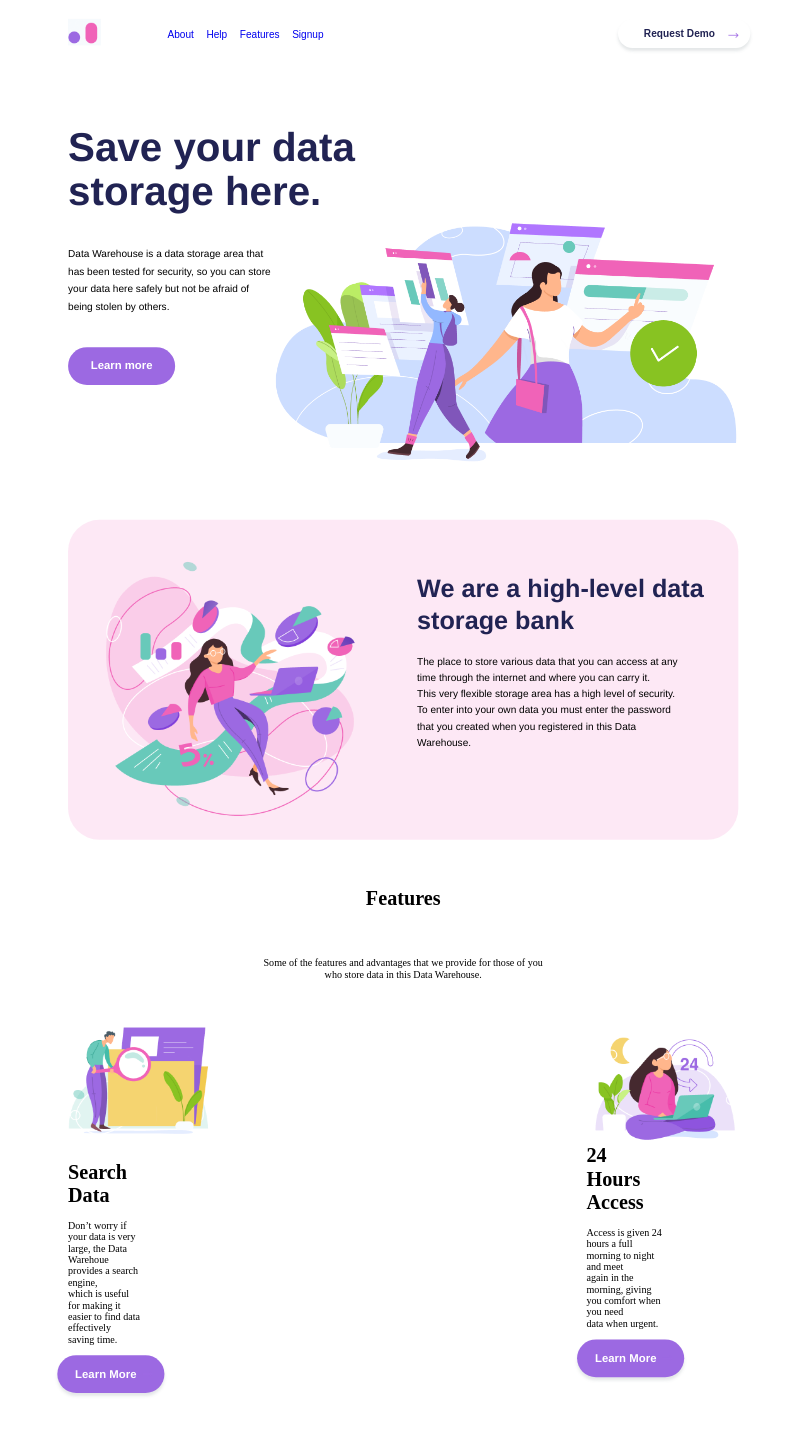
Repository: batonAnton/HW6_flexbox
Page: index.html
These files come from the project's save history. The page is drawn as it stood at one moment and after the next save; the edit follows.
The browser window is 1280 px wide. The pictures show the whole page, at 63% of full size.
Some web fonts or font styles are not loaded; a fallback is used.

Above is the page before, as saved 2022-06-18 12:49:59.

### index.html
<!DOCTYPE html>
<html lang="en">
<head>
    <meta charset="UTF-8">
    <meta http-equiv="X-UA-Compatible" content="IE=edge">
    <meta name="viewport" content="width=device-width, initial-scale=1.0">
    <link href="http://fonts.cdnfonts.com/css/helvetica-neue-9" rel="stylesheet">
    <link rel="stylesheet" href="./fonts/Helvetica-Bold.ttf">
    <link rel="stylesheet" href="./fonts/AvenirLTStd-Black.otf">
    <link rel="stylesheet" href="./css/style.css">
    <title>FlexBox</title>
</head>
<body>
    <header>
        <div class="logo">
            <img src="./images/logo.png" alt="logo">
        </div>

        <nav>
            <ul>
                <li>
                    <a href="#">about</a>
                </li>
                <li>
                    <a href="#">help</a>
                </li>
                <li>
                    <a href="#">features</a>
                </li>
                <li>
                    <a href="#">signup</a>
                </li>
            </ul>
        </nav>

        <div class="header-btn">
            <div>
                <button>request demo</button>
            </div>
            <div class="btn-img">
                <img src="./images/right-arrow.png" alt="arrow-right" >
            </div>
        </div>
    </header>

    <div class="section allstyles">
        <div class="info">
            <h1>Save your data <br> storage here.</h1>
            <p>Data Warehouse is a data storage area that <br>has been
                tested for security, so you can store <br> your data here
                safely but not be afraid of <br> being stolen by others.</p>
            <button>Learn more</button>
        </div>

        <div class="section-img">
            <img src="./images/headerImg.png" alt="">
        </div>
    </div>

    <div class="section2 allstyles">
        <div class="sectin2-img">
            <img src="./images/assideimg.png" alt="assideimg">
        </div>

        <div class="section2-info">
            <h1>We are a high-level data <br> storage bank</h1>
            <p>
                The place to store various data that you can access at any <br> time through the internet  and where you can carry it. <br>
                This very flexible storage area has a high level of security. <br> To enter into your own data you must enter the password <br> that you created when you registered in this Data <br> Warehouse.
            </p>
        </div>
    </div>

    <div class="section3 allstyles">
        <h1 class="section3-header"> Features</h1>
        <p class="section3-header">Some of the features and advantages that we provide for those of you <br> who store data in this Data Warehouse.</p>

        <div class="row1">
            <div class="block">
                <img src="./images/section3/image1 1.png" alt="img">
                <div class="info">
                    <h1>Search Data</h1>
                <p>
                    Don’t worry if your data is very <br> large, the Data Warehoue <br> provides a search engine, <br> which is useful for making it <br> easier to find data effectively <br> saving time.
                </p>

                <div class="header-btn">
                    <div>
                        <button>Learn More</button>
                    </div>
                    <div class="btn-img">
                        <img src="./images/right-arrow.png" alt="arrow-right" >
                    </div>
                </div>
                </div>

            </div>


            <div class="block">
                <img src="./images/section3/image2.png" alt="img">
                <div class="info">
                    <h1>24 Hours Access</h1>
                <p>
                    Access is given 24 hours a full <br> morning to night and
                    meet <br> again in the morning, giving <br> you comfort when
                    you need <br> data when urgent.
                </p>

                <div class="header-btn">
                    <div>
                        <button>Learn More</button>
                    </div>
                    <div class="btn-img">
                        <img src="./images/right-arrow.png" alt="arrow-right" >
                    </div>
                </div>
                </div>

            </div>
        </div>
    </div>
</body>
</html>

### css/style.css
body {
  box-sizing: border-box;
  font-family: "Avenir";
}

.allstyles{
    margin: 70px 100px;
}

header {
  display: flex;
  margin: 30px 100px;
  justify-content: space-between;
  /* border: 1px solid gray; */
 font-family: Arial, Helvetica, sans-serif;
  font-size: 16px;
}


nav {
  margin-right: 40%;
}

nav ul {
  display: flex;
  list-style: none;
  color: #4b5d68;
}

nav ul li a {
  text-decoration: none;
  padding-left: 20px;
  text-transform: capitalize;
}

.header-btn {
  display: flex;
  justify-content: center;
}


.header-btn button {
  padding: 15px 30px 15px 15px;
  text-transform: capitalize;
  border: none;
  border-radius: 50px;
  background: #ffffff;
  box-shadow: 0px 5px 5px rgb(75 93 104 / 15%);
  width: 210px;
  color: #212353;
  font-size: 16px;
  font-weight: 800;
  line-height: 100%;
  letter-spacing: 0.005em;
}

.btn-img {
  margin-left: -35px;
  padding-left: -15px;
  align-self: center;
}

button img {
  padding-top: 5px;
  margin-left: 5px;
}

button:hover {
  border: 1px solid rgba(156, 105, 226, 1);
  text-decoration: underline;
}

.section {
  display: flex;
  position: relative;
  height: 600px;
  overflow: hidden;
}


.info {
  width: 50%;
}

.section h1 {
  font-style: normal;
  font-weight: 700;
  font-size: 4rem;
  line-height: 110%;
  font-family: "Helvetica Neue", sans-serif;
  color:#212353;
  font-weight: 700;
}



.section p {
  font-family: 'Avenir', Helvetica, sans-serif;
  font-style: normal;
  font-weight: 500;
  font-size: 16px;
  line-height: 28px;
  margin-top: 50px;
  margin-bottom: 50px;
}

.section-img {
  position: absolute;
  bottom: 1%;
  right: -13%;
}
.section-img img {
  width: 84%;
}

.info button{
    font-family: 'Avenir', Helvetica, sans-serif;
    font-style: normal;
    font-weight: 700;
    font-size: 18px;
    line-height: 160%;
    background-color: #9C69E2;
    border-radius: 50px;
    color: #ffffff;
    width: 170px;
    height: 60px;
    border: none;
    cursor: pointer;
}


.section2{
    display: flex;
    justify-content: space-between;
    background: rgba(240, 99, 184, 0.15);
    border-radius: 50px;
    font-family: 'Avenir', Helvetica, sans-serif;
}

.section2 h1{
    font-style: normal;
    font-weight: 700;
    font-size: 40px;
    line-height: 130%;
    color: #212353;
}

.section2 p{
    font-family: 'Avenir', Helvetica, sans-serif;
font-style: normal;
font-weight: 400;
font-size: 16px;
line-height: 160%;
}

.section2-info{
    padding:55px;
}


.section3-header{
    text-align: center;
    margin: 75px;
}

.row1{
    display: flex;
    justify-content: space-between;
}

.row1 .block img{
    float: left;
}

After the next save:
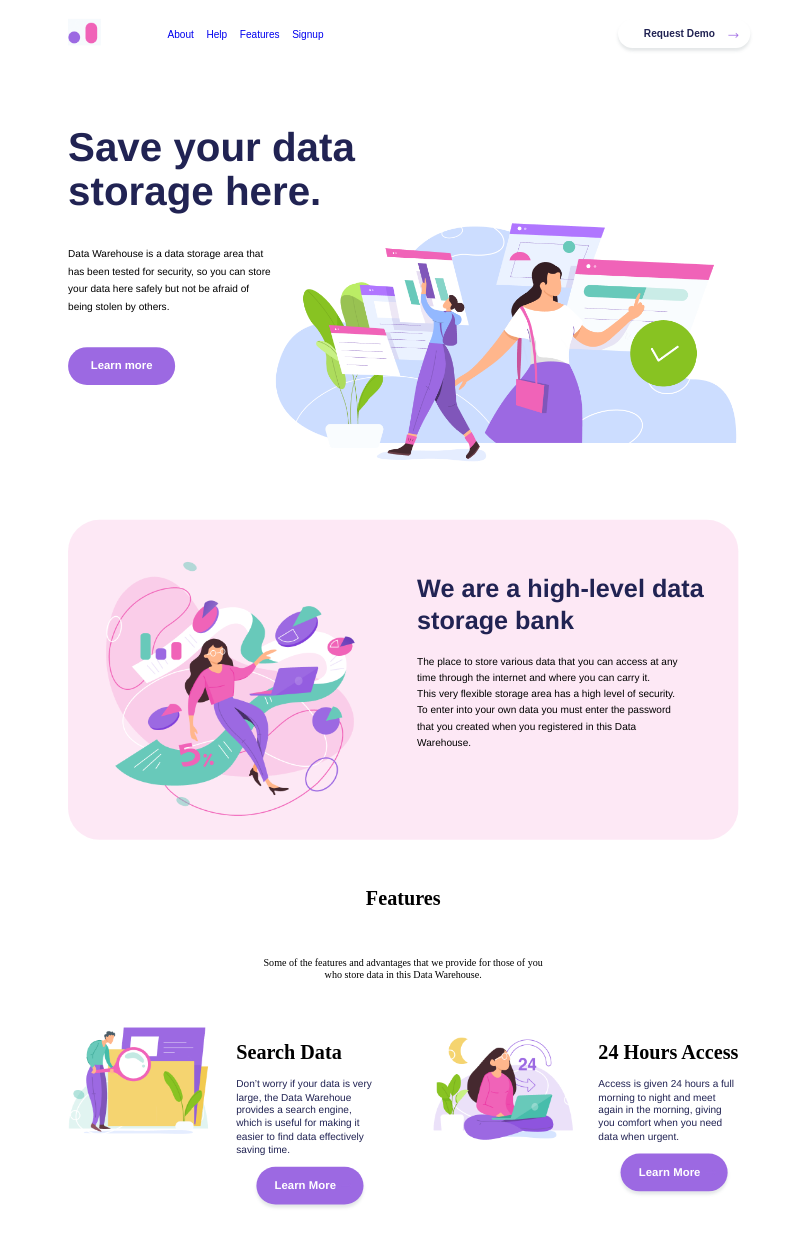
Saved 113 s later.
--- a/css/style.css
+++ b/css/style.css
@@ -171,3 +171,23 @@ line-height: 160%;
 .row1 .block img{
     float: left;
 }
+
+.section3 .info{
+  float: right;
+  width: auto;
+  margin-left: 35px;
+}
+
+.section3 .info p{
+  font-family: 'Helvetica';
+font-style: normal;
+font-weight: 200;
+font-size: 16px;
+line-height: 130%;
+/* or 31px */
+
+display: flex;
+align-items: center;
+
+color: #212353;
+}
